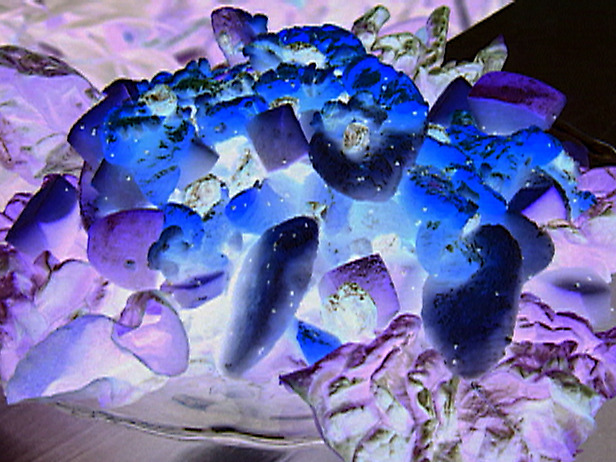
Repository: Dapravith/I5-GIC-Image-Processing
Script's output: python TP2.py
An editor plug-in stored every save of this project. The script's output is shown before and after the next save, followed by the edit.
Each picture stacks the figures in order, with grey between them; figures that are only written to a file come last. Random numbers start from a fixed seed. It also reads images/fruit4.jpg.

Above is the script's output before, as saved 2023-12-14 18:14:38.

### TP2.py
import cv2 as cv

imageFile = cv.imread('./images/fruit4.jpg')

height = imageFile.shape[0]
width = imageFile.shape[1]

for h in range(height):
    for w in range(width):
        B = 255 - imageFile[h,w, 0]
        G = 255 - imageFile[h,w, 1]
        R = 255 - imageFile[h,w, 2]

        imageFile[h,w, 0] = B
        imageFile[h,w, 1] = G
        imageFile[h,w, 2] = R
cv.imshow('Image Inversion from BGR', imageFile)
cv.waitKey(0)
cv.destroyAllWindows()

After the next save:
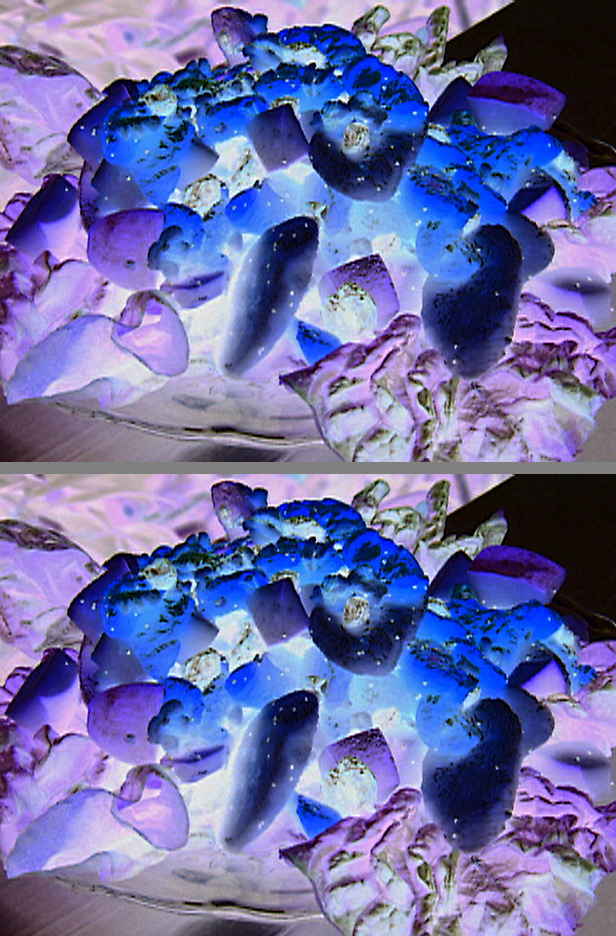
Saved 79 s later.
--- a/TP2.py
+++ b/TP2.py
@@ -14,6 +14,8 @@ for h in range(height):
         imageFile[h,w, 0] = B
         imageFile[h,w, 1] = G
         imageFile[h,w, 2] = R
+
+cv.imshow('Orignal Image', imageFile)
 cv.imshow('Image Inversion from BGR', imageFile)
 cv.waitKey(0)
 cv.destroyAllWindows()
